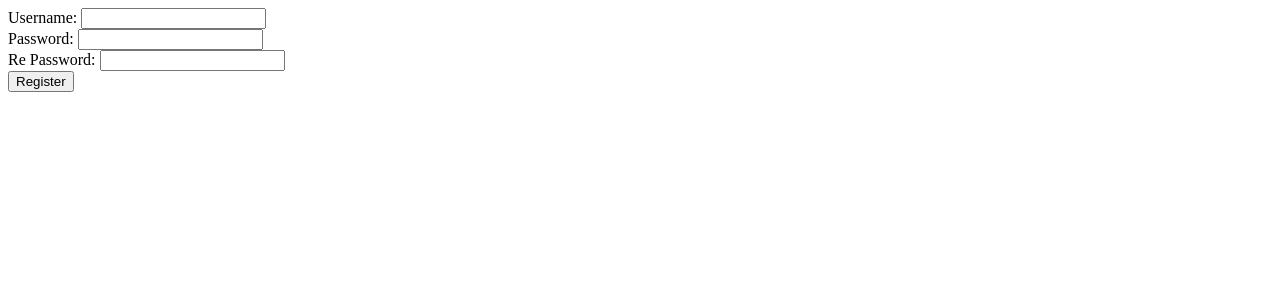
Repository: Pr-DuyTam/HTML-CSS-JS-PHP
Page: Javascript/Lập trình hướng đối tượng trong JS/Kiểm tra thông tin form đăng nhập(52).html
The author's editor kept a copy of each file at every save. The page is drawn from the files as they stood at one save, then again after the next save.
The browser window is 1280 px wide. The pictures show the whole page.

Above is the page before, as saved 2023-08-23 10:26:43.

After the next save:
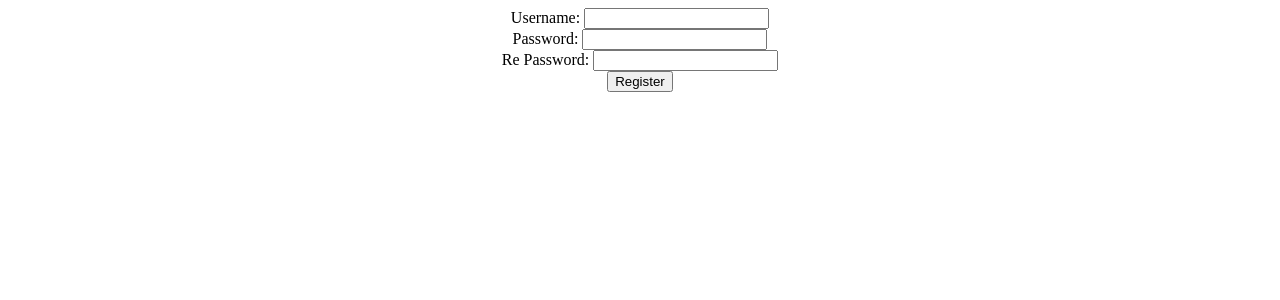
Saved 24 s later.
--- a/Javascript/Lập trình hướng đối tượng trong JS/Kiểm tra thông tin form đăng nhập(52).html
+++ b/Javascript/Lập trình hướng đối tượng trong JS/Kiểm tra thông tin form đăng nhập(52).html
@@ -34,7 +34,7 @@
     </script>
 </head>
 <body>
-    <form action="" method="post">
+    <form action="" method="post" align="center">
         Username:
         <input type="text" name="username" id="username" value=""/> <br/>
 
